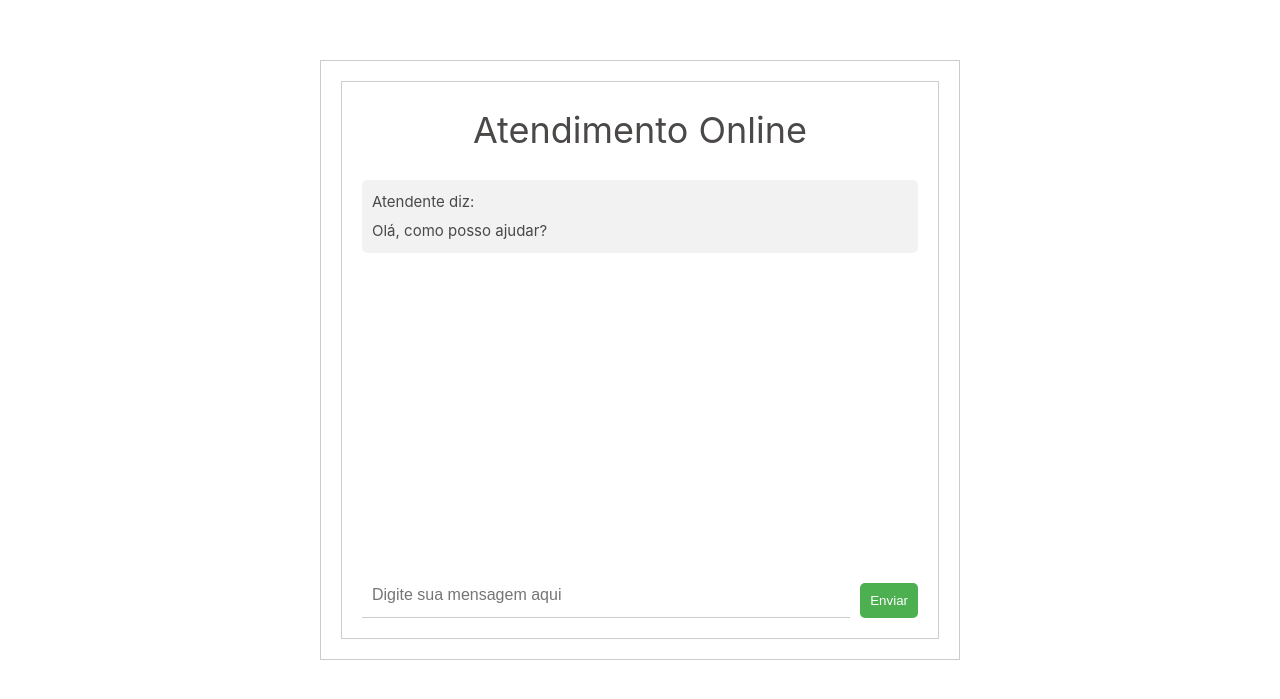
Repository: GabrielGuinzani/vueChat
Page: /
These files come from the project's save history. The page is drawn as it stood at one moment and after the next save; the edit follows.
The browser window is 1280 px wide. The pictures show the whole page.
Some web libraries are served in a nearby version. The project was rebuilt for these pictures with package versions that can differ from the ones it lists, and the page was loaded fresh each time. Also part of the build but not shown: vite.config.js.

Above is the page before, as saved 2023-04-19 12:04:36.

After the next save:
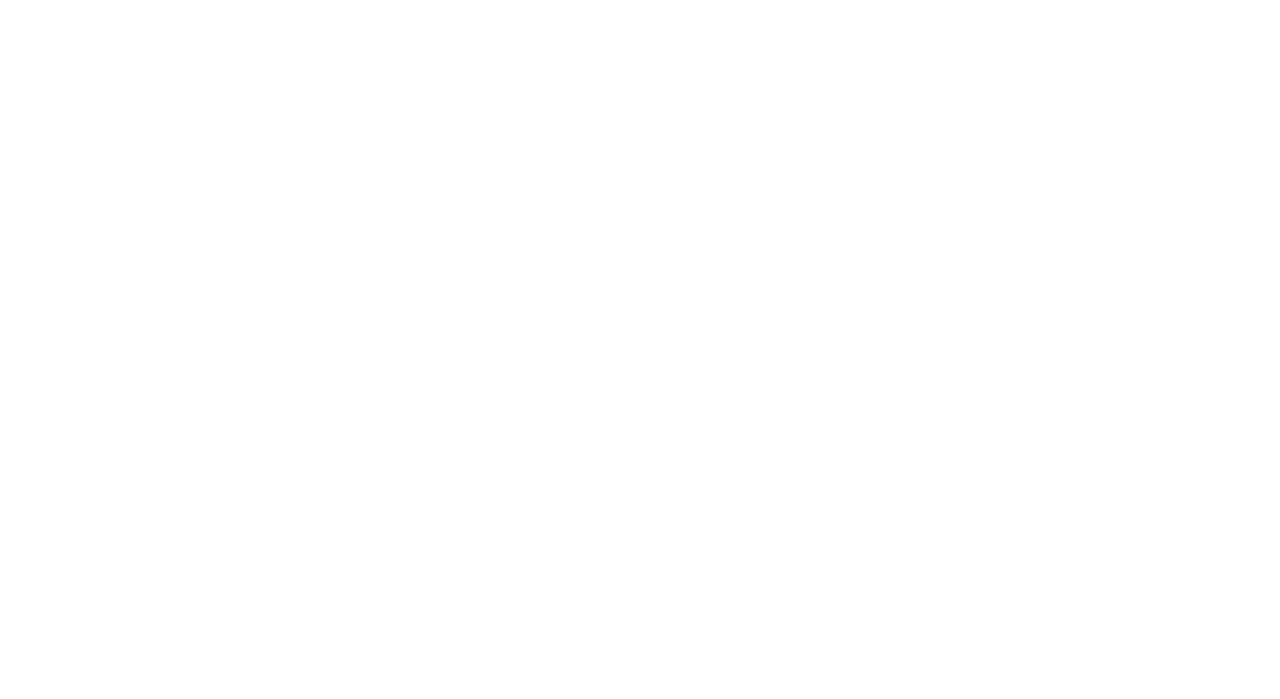
Saved 23 s later.
--- a/index.html
+++ b/index.html
@@ -7,7 +7,7 @@
   <script src="https://unpkg.com/vue@3.2.6/dist/vue.global.js"></script>
 </head>
 <body>
-  <div id="chat-screen">
+  <div id="chat-body">
   </div>
   <script type="module" src="/src/main.js"></script>
 </body>

After the save that followed:
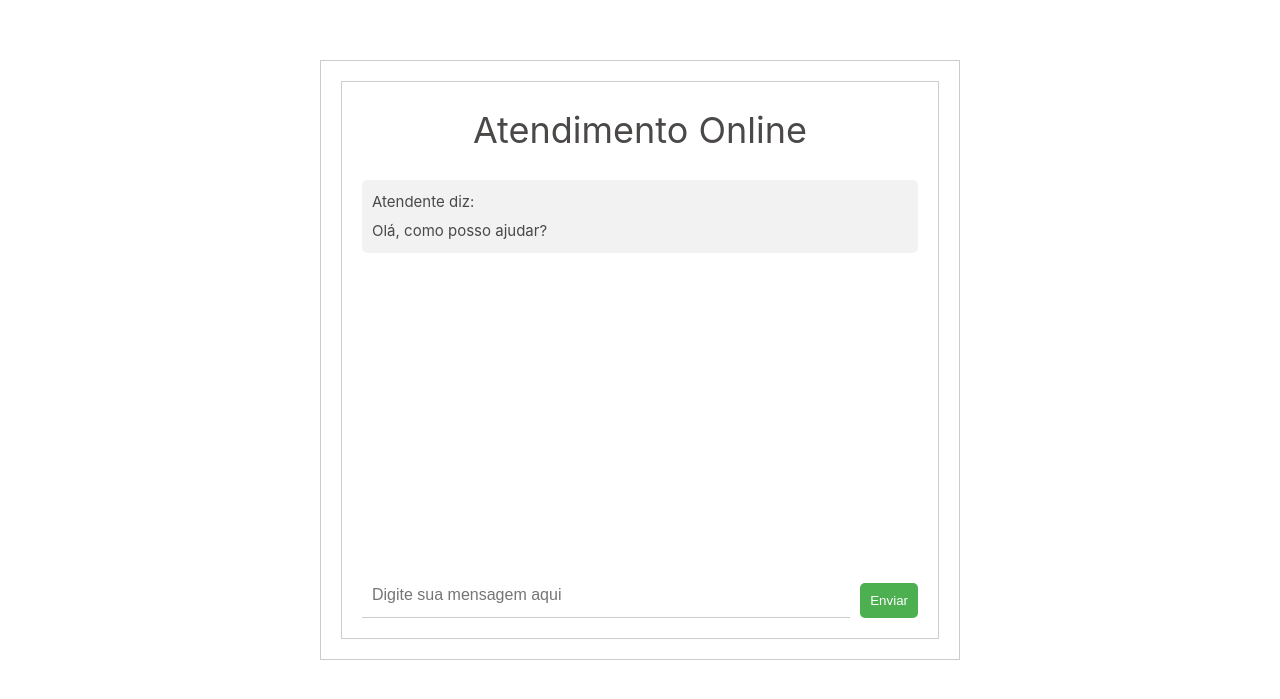
Saved 4 s later.
--- a/index.html
+++ b/index.html
@@ -7,7 +7,7 @@
   <script src="https://unpkg.com/vue@3.2.6/dist/vue.global.js"></script>
 </head>
 <body>
-  <div id="chat-body">
+  <div id="chat-screen">
   </div>
   <script type="module" src="/src/main.js"></script>
 </body>
